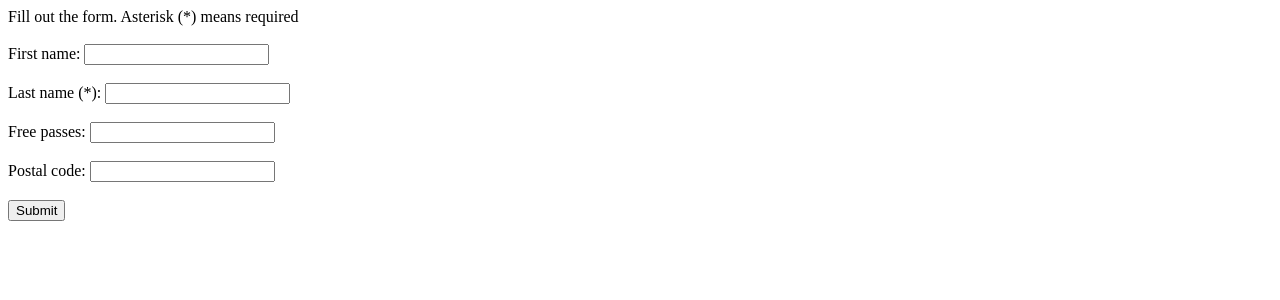
Repository: nguyenhaduy/practiceSpring
Page: http://localhost/spring-mvc-demo/WEB-INF/view/customer-form.jsp
These files come from the project's save history. The page is drawn as it stood at one moment and after the next save; the edit follows.
The browser window is 1280 px wide. The pictures show the whole page.
The page is served by Tomcat 9. Nobody is signed in. Other server files are loaded and not shown. The template is opened directly, without the code that normally fills it, so the values that code supplies are empty.

Above is the page before, as saved 2018-02-06 18:21:59.

### spring-mvc-demo/WebContent/WEB-INF/view/customer-form.jsp
<%@ taglib prefix="form" uri="http://www.springframework.org/tags/form" %>
<!DOCTYPE html>
<html>

<head>

	<title>Customer Registration Form</title>

	<style>
		.error {color:red}
	</style>

</head>

<body>

Fill out the form. Asterisk (*) means required

<br><br>

	<form:form action="processForm" modelAttribute="customer">

		First name: <form:input path="firstName" />

		<br><br>

		Last name (*): <form:input path="lastName" />
		<form:errors path="lastName" cssClass="error" />

		<br><br>

		Free passes: <form:input path="freePasses" />
		<form:errors path="freePasses" cssClass="error"/>

		<br><br>

		Postal code: <form:input path="postalCode" />
		<form:errors path="postalCode" cssClass="error"/>

		<br><br>

		<input type="submit" value="Submit" />

	</form:form>

</body>

</html>

After the next save:
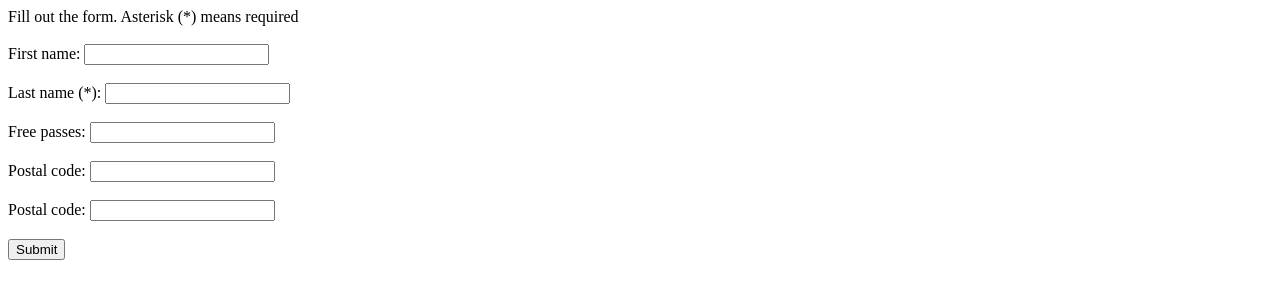
Saved 22 s later.
--- a/spring-mvc-demo/WebContent/WEB-INF/view/customer-form.jsp
+++ b/spring-mvc-demo/WebContent/WEB-INF/view/customer-form.jsp
@@ -39,6 +39,11 @@ Fill out the form. Asterisk (*) means required
 
 		<br><br>
 
+		Postal code: <form:input path="postalCode" />
+		<form:errors path="postalCode" cssClass="error"/>
+
+		<br><br>
+
 		<input type="submit" value="Submit" />
 
 	</form:form>
